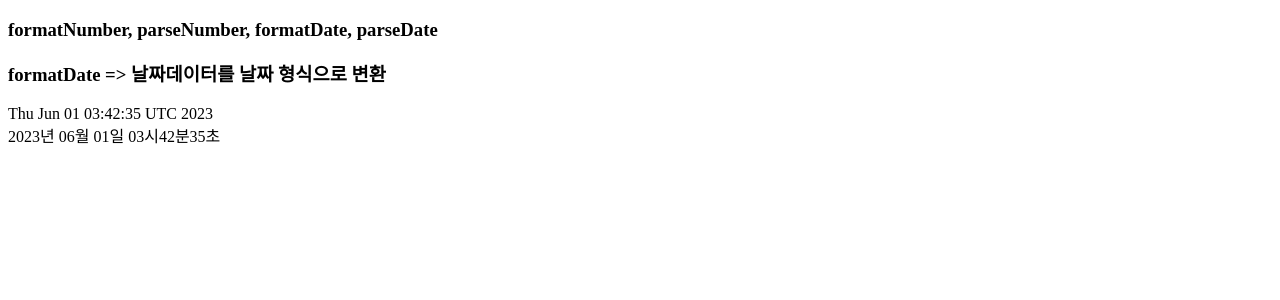
Repository: sun2898/JSP
Page: http://localhost/JSPBasic/JSTL/jstl_fmt.jsp
An editor plug-in stored every save of this project. The page is shown before and after the next save, followed by the edit.
The browser window is 1280 px wide. The pictures show the whole page.
The page is served by Tomcat 9.

Above is the page before, as saved 2023-06-07 06:22:08.

After the next save:
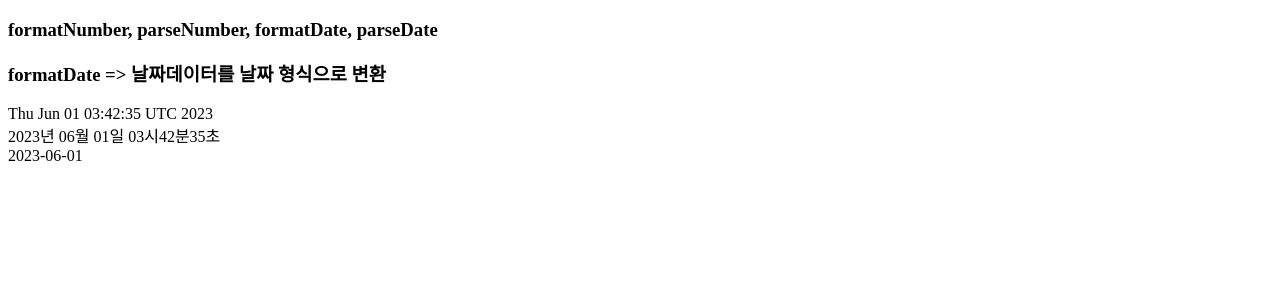
Saved 87 s later.
--- a/JSPBasic/src/main/webapp/JSTL/jstl_fmt.jsp
+++ b/JSPBasic/src/main/webapp/JSTL/jstl_fmt.jsp
@@ -30,7 +30,18 @@
 	${a } <!-- Wed Jun 07 15:19:02 KST 2023 -->
 	<br>
 	<fmt:formatDate var="a01" value="${a }" pattern="yyyy년 MM월 dd일 HH시mm분ss초"/>
+	<fmt:formatDate var="a02" value="${a }" pattern="yyyy-MM-dd"/>
+	${a01 }<br>
+	${a02 }<br>
 
-	${a01 }
+
+
+
+
+
+
+
+
+
 </body>
 </html>
